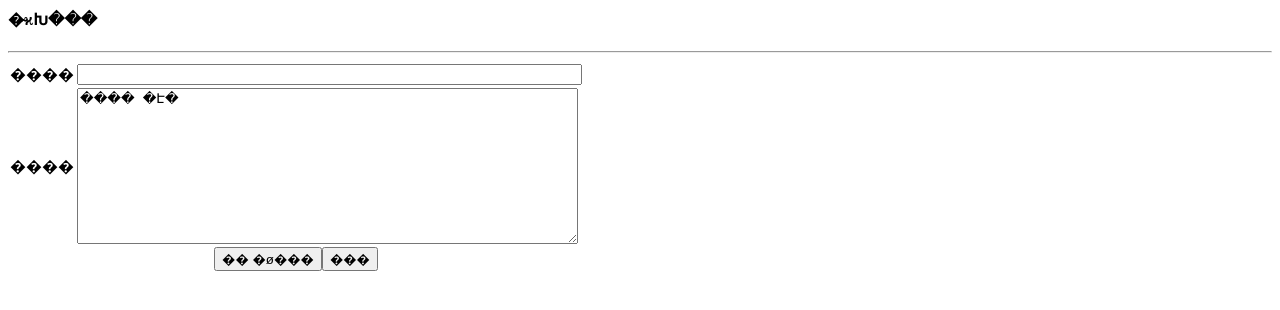
Repository: 2ujin/2018-PHP-afterschool
Page: http://localhost/CH06/ch06_05.php
These files come from the project's save history. The page is drawn as it stood at one moment and after the next save; the edit follows.
The browser window is 1280 px wide. The pictures show the whole page.
The page is run by PHP 8.4 with error messages shown; the project is at /var/www/html/.

Above is the page before, as saved 2018-07-31 01:15:53.

### PHPStudy/CH06/ch06_05.php
<html>
<h4>미니게시판</h4><hr>
<table  width = "60" cellspacing="1" cellpaddding="4">
<tr><td>제목</td><td><input type = text size = 60 id = title></input></td></tr>
<tr><td valign = "middle">내용</td><td><textarea name = "content" cols = "60" rows = "10">내용 입력</textarea></td></tr>
<tr><td align="center" colspan = "2"><input type = "submit" value = "글 올리기" id = "submit"><input type="submit" value = "취소" id = "cancel"></td></tr>
</table>
</html>

<?php

?>

After the next save:
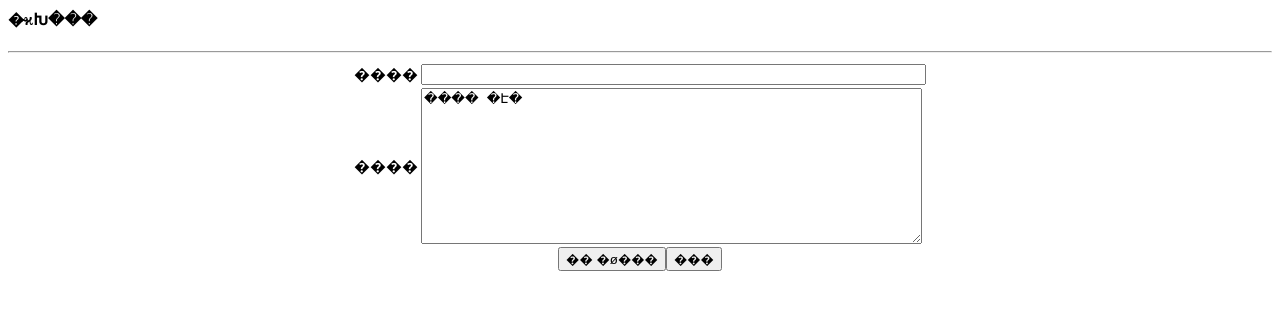
Saved 31 s later.
--- a/PHPStudy/CH06/ch06_05.php
+++ b/PHPStudy/CH06/ch06_05.php
@@ -1,6 +1,6 @@
 <html>
 <h4>미니게시판</h4><hr>
-<table  width = "60" cellspacing="1" cellpaddding="4">
+<table  width = "60" cellspacing="1" cellpaddding="4" align = "center">
 <tr><td>제목</td><td><input type = text size = 60 id = title></input></td></tr>
 <tr><td valign = "middle">내용</td><td><textarea name = "content" cols = "60" rows = "10">내용 입력</textarea></td></tr>
 <tr><td align="center" colspan = "2"><input type = "submit" value = "글 올리기" id = "submit"><input type="submit" value = "취소" id = "cancel"></td></tr>
